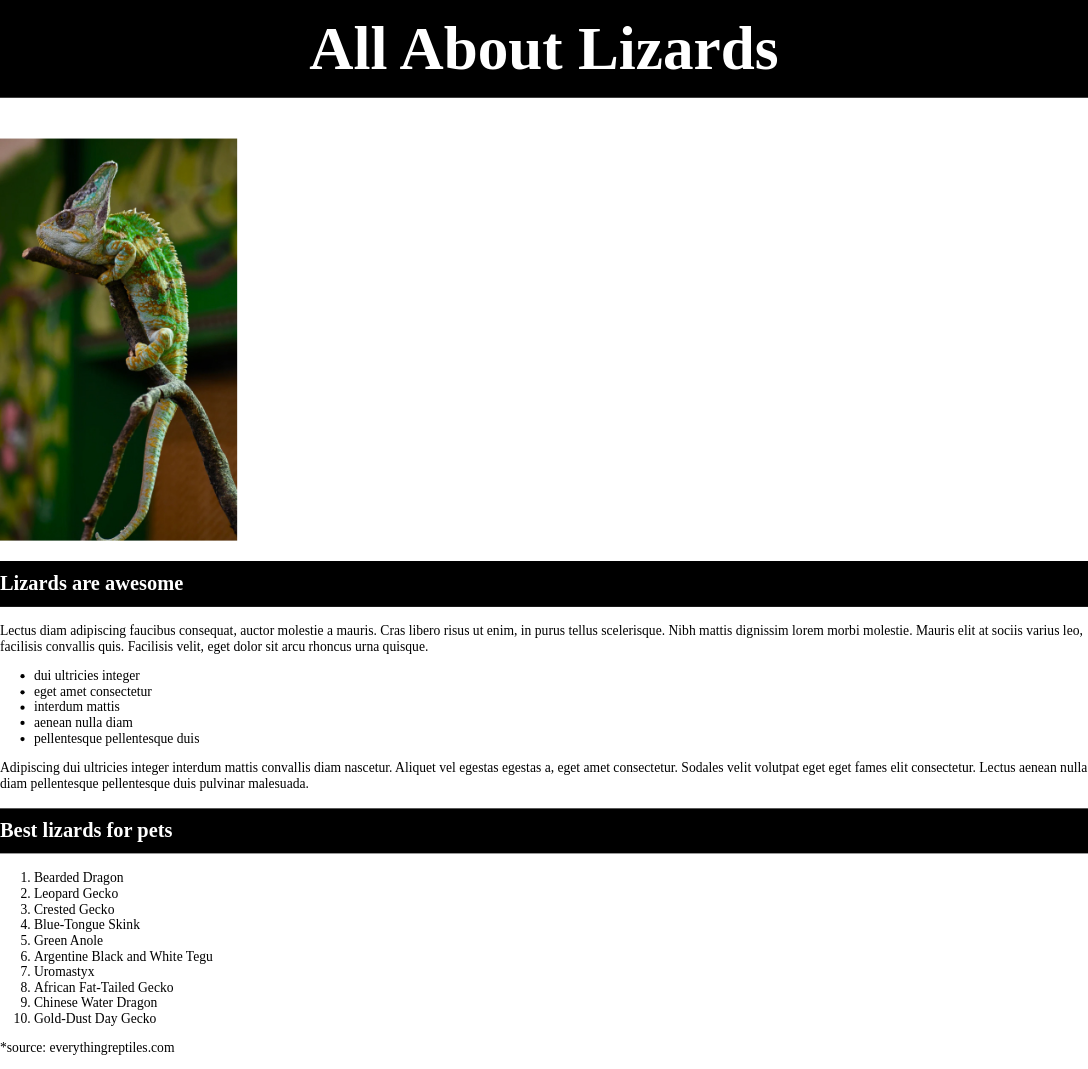
Repository: Doumham-Armah/lizards-landing--page
Page: index.html
The author's editor kept a copy of each file at every save. The page is drawn from the files as they stood at one save, then again after the next save.
The browser window is 1280 px wide. The pictures show the whole page, at 85% of full size.

Above is the page before, as saved 2021-08-10 13:55:54.

### index.html
<!DOCTYPE html>
<html>
  <head>
    <link
      rel="stylesheet"
      href="https://cdnjs.cloudflare.com/ajax/libs/normalize/8.0.1/normalize.css"
    />
    <title>All about lizards</title>
    <link href="css/style.css" rel="stylesheet" />
  </head>
  <body>
    <header>
      <h1>All About Lizards</h1>
    </header>

    <main>
      <section class="main-content">
        <img src="images/chameleon.jpg" alt="a chameleon climbing a branch" />

        <h2 class="subheading">Lizards are awesome</h2>
        <p>
          Lectus diam adipiscing faucibus consequat, auctor molestie a mauris.
          Cras libero risus ut enim, in purus tellus scelerisque. Nibh mattis
          dignissim lorem morbi molestie. Mauris elit at sociis varius leo,
          facilisis convallis quis. Facilisis velit, eget dolor sit arcu rhoncus
          urna quisque.
        </p>

        <!-- insert the unordered list here -->
        <ul>
          <li>dui ultricies integer</li>
          <li>eget amet consectetur</li>
          <li>interdum mattis</li>
          <li>aenean nulla diam</li>
          <li>pellentesque pellentesque duis</li>
        </ul>

        <p>
          Adipiscing dui ultricies integer interdum mattis convallis diam
          nascetur. Aliquet vel egestas egestas a, eget amet consectetur.
          Sodales velit volutpat eget eget fames elit consectetur. Lectus aenean
          nulla diam pellentesque pellentesque duis pulvinar malesuada.
        </p>
      </section>

      <aside class="sidebar">
        <h2 class="subheading">Best lizards for pets</h2>
        <!-- insert the ordered list here -->
        <ol>
          <li>Bearded Dragon</li>
          <li>Leopard Gecko</li>
          <li>Crested Gecko</li>
          <li>Blue-Tongue Skink</li>
          <li>Green Anole</li>
          <li>Argentine Black and White Tegu</li>
          <li>Uromastyx</li>
          <li>African Fat-Tailed Gecko</li>
          <li>Chinese Water Dragon</li>
          <li>Gold-Dust Day Gecko</li>
        </ol>
        <p>*source: everythingreptiles.com</p>
      </aside>
    </main>
  </body>
</html>

### css/style.css
body {
  margin: 0;
}

h1 {
  background-color: black;
  color: white;
  text-align: center;
  padding: 1rem 0rem;
  margin-top: 0;
  font-size: 4.5rem;
}

.subheading {
  background-color: black;
  color: white;
  padding: 0.8rem 0rem;
  border-bottom: 0.4 green solid;
}

After the next save:
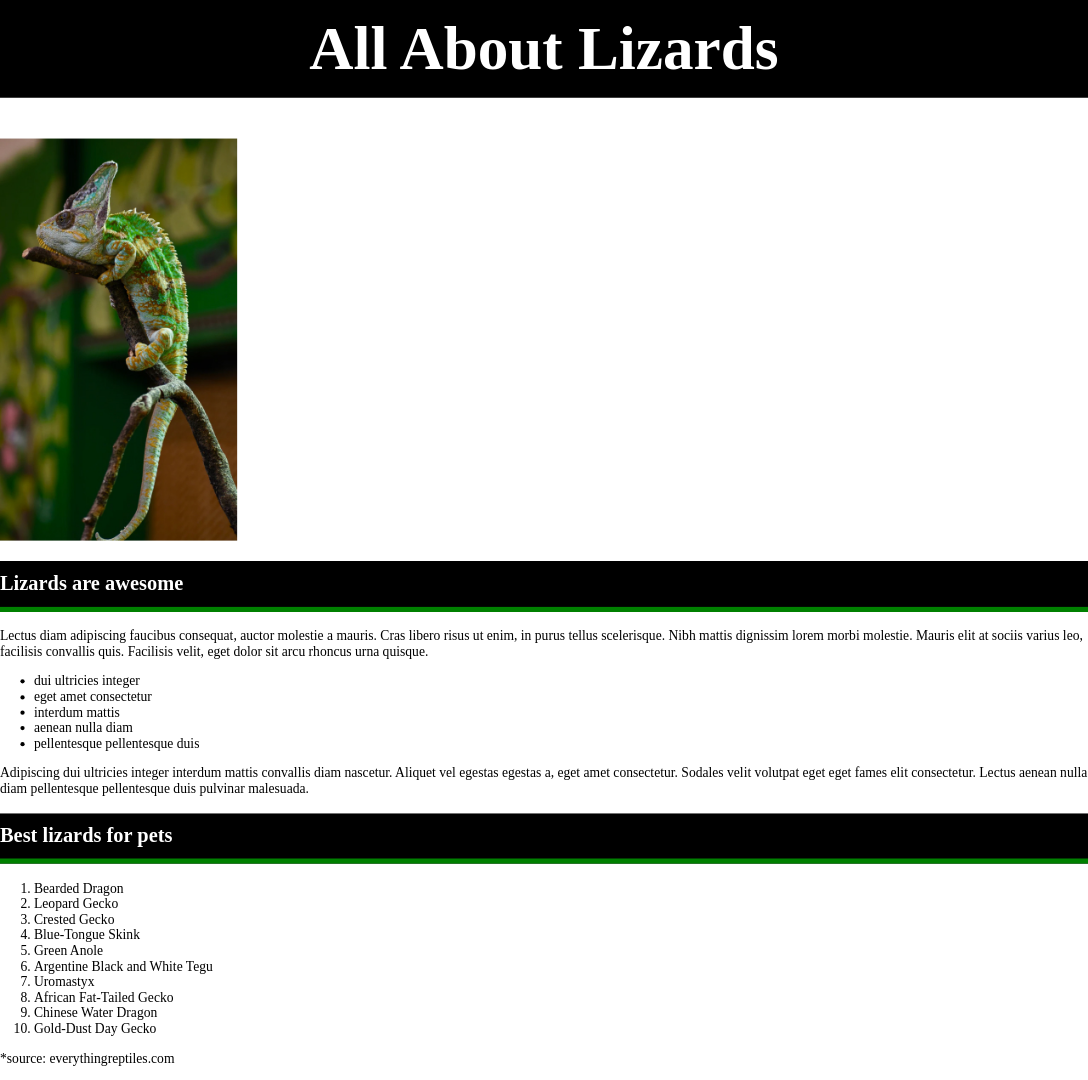
Saved 9 s later.
--- a/css/style.css
+++ b/css/style.css
@@ -15,5 +15,5 @@ h1 {
   background-color: black;
   color: white;
   padding: 0.8rem 0rem;
-  border-bottom: 0.4 green solid;
+  border-bottom: 0.4rem green solid;
 }
